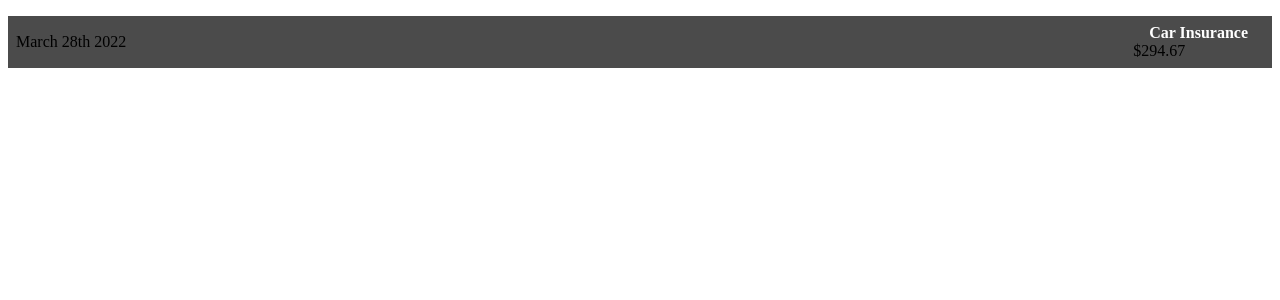
Repository: AbrorjonKuchkarov/expence-tracker-react
Page: /
The author's editor kept a copy of each file at every save. The page is drawn from the files as they stood at one save, then again after the next save.
The browser window is 1280 px wide. The pictures show the whole page.
The project was rebuilt for these pictures with package versions that can differ from the ones it lists, and the page was loaded fresh each time. Also part of the build but not shown: src/App.css.

Above is the page before, as saved 2022-04-13 15:07:43.

After the next save:
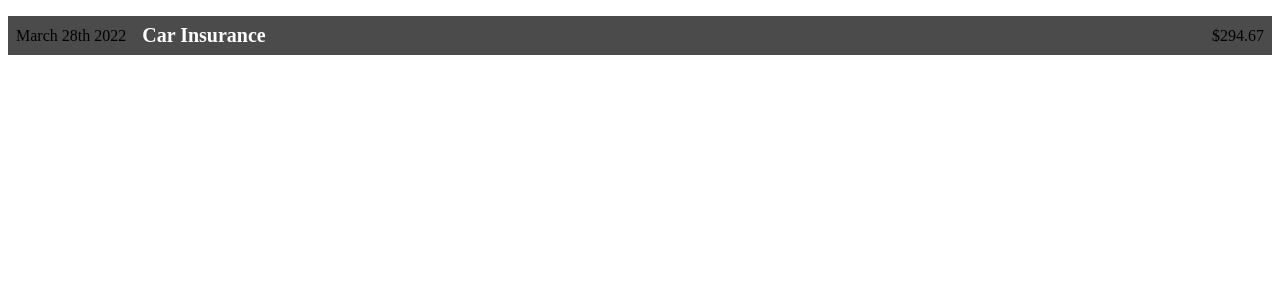
Saved 58 s later.
--- a/src/components/ExpenseItem.js
+++ b/src/components/ExpenseItem.js
@@ -5,7 +5,7 @@ const ExpenseItem = () => {
   return (
     <div className="expense-item">
       <div>March 28th 2022</div>
-      <div>
+      <div className="expense-item__description">
         <h2>Car Insurance</h2>
         <div>$294.67</div>
       </div>
